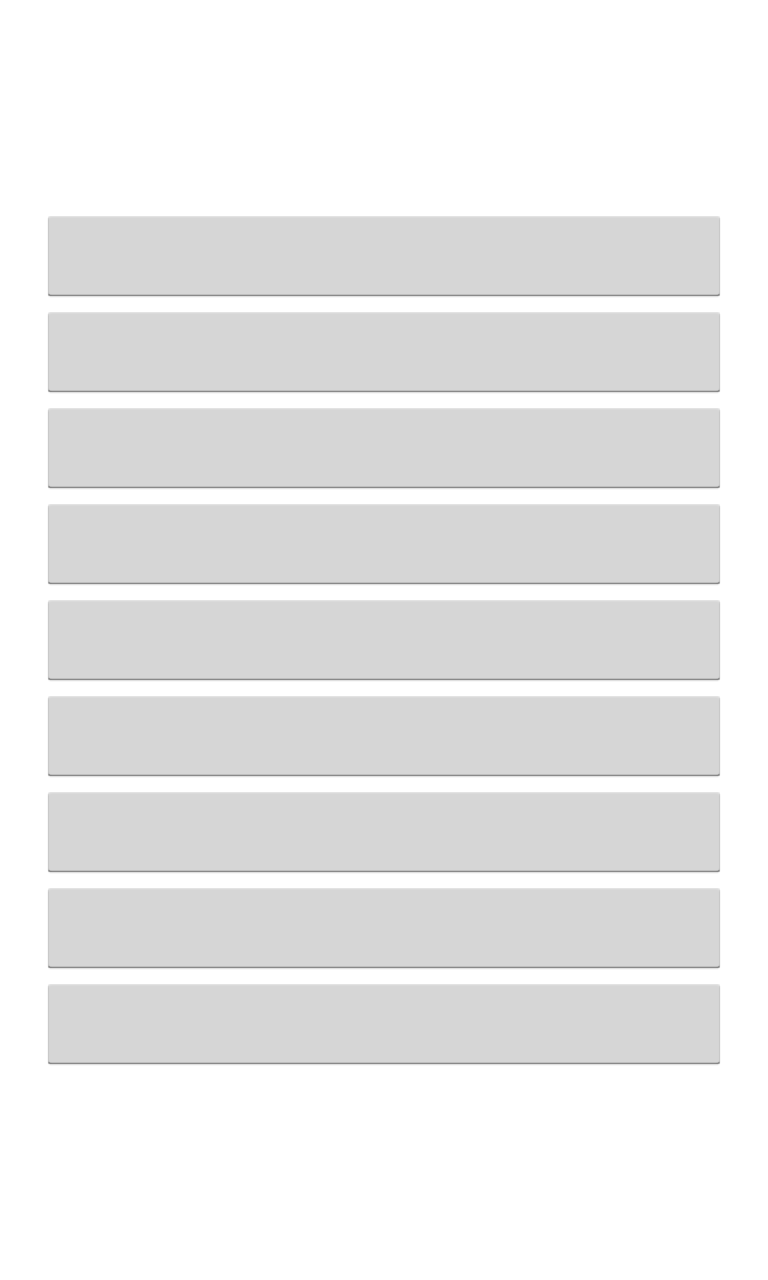
Repository: thiagopsilva/Android-book
Layout: Audio/res/layout/activity_audio.xml
The author's editor kept a copy of each file at every save. The layout is drawn from the files as they stood at one save, then again after the next save.
It is drawn on a 768 x 1280 px phone screen (xhdpi) without system bars, with theme AppTheme; the app's code is not run.

Above is the layout before, as saved 2012-12-13 16:42:17.

### Audio/res/layout/activity_audio.xml
<LinearLayout xmlns:android="http://schemas.android.com/apk/res/android"
    xmlns:tools="http://schemas.android.com/tools"
    android:orientation="vertical"
    android:gravity="center"
    android:layout_width="fill_parent"
    android:layout_height="fill_parent"
    android:padding="20dip"
    tools:context=".Audio" >

    	<Button
        	android:id="@+id/button_1"
        	android:layout_width="fill_parent"
        	android:layout_height="wrap_content"/>
		<Button
        	android:id="@+id/button_2"
        	android:layout_width="fill_parent"
        	android:layout_height="wrap_content"/>
		<Button
        	android:id="@+id/button_3"
        	android:layout_width="fill_parent"
        	android:layout_height="wrap_content"/>
		<Button
        	android:id="@+id/button_4"
        	android:layout_width="fill_parent"
        	android:layout_height="wrap_content"/>
		<Button
        	android:id="@+id/button_5"
        	android:layout_width="fill_parent"
        	android:layout_height="wrap_content"/>
		<Button
        	android:id="@+id/button_6"
        	android:layout_width="fill_parent"
        	android:layout_height="wrap_content"/>
		<Button
        	android:id="@+id/button_7"
        	android:layout_width="fill_parent"
        	android:layout_height="wrap_content"/>
		<Button
        	android:id="@+id/button_8"
        	android:layout_width="fill_parent"
        	android:layout_height="wrap_content"/>
		<Button
        	android:id="@+id/button_9"
        	android:layout_width="fill_parent"
        	android:layout_height="wrap_content"/>
</LinearLayout>

Loaded but not shown: Audio/res/values/styles.xml (common file); Audio/res/values-v11/styles.xml (common file); Audio/res/values-v14/styles.xml (common file)

After the next save:
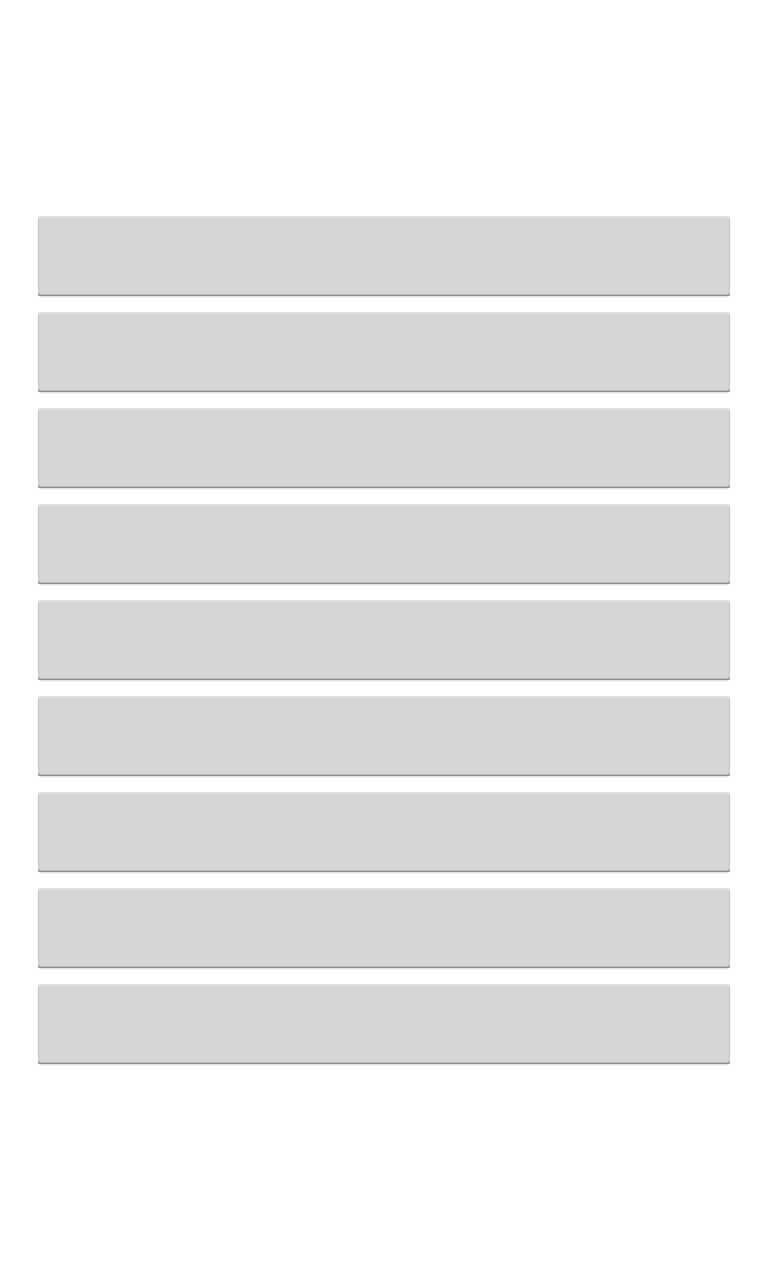
Saved 38 s later.
--- a/Audio/res/layout/activity_audio.xml
+++ b/Audio/res/layout/activity_audio.xml
@@ -4,7 +4,7 @@
     android:gravity="center"
     android:layout_width="fill_parent"
     android:layout_height="fill_parent"
-    android:padding="20dip"
+    android:padding="15dip"
     tools:context=".Audio" >
 
     	<Button
